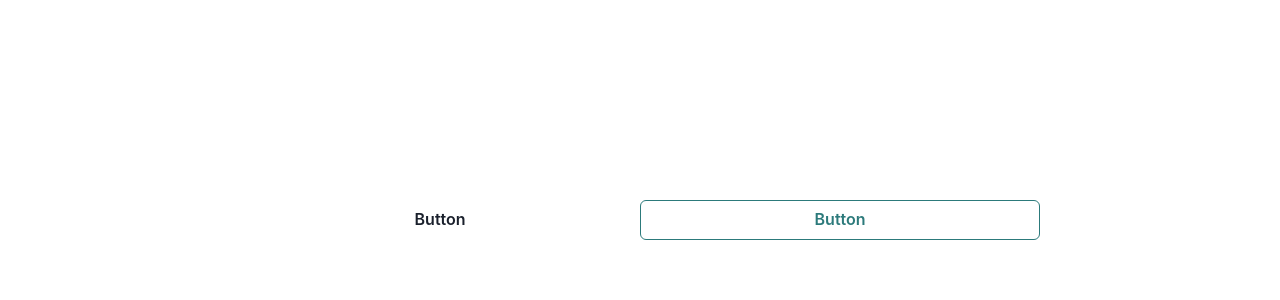
Repository: soualexandre/toast-reactjs
Page: /
The author's editor kept a copy of each file at every save. The page is drawn from the files as they stood at one save, then again after the next save.
The browser window is 1280 px wide. The pictures show the whole page.
The project was rebuilt for these pictures with package versions that can differ from the ones it lists, and the page was loaded fresh each time.

Above is the page before, as saved 2021-07-02 15:05:05.

### src/App.js
import { ToastContainer, toast } from 'react-toastify';
import 'react-toastify/dist/ReactToastify.css';
import { ChakraProvider, Button, Center } from "@chakra-ui/react"

function App() {

  const notify = () => toast(
    "Wow so easy!", {
    type: 'error',
    position: "bottom-left",
    autoClose: 10000,
    hideProgressBar: false,
    closeOnClick: true,
    pauseOnHover: true,
    draggable: true,
    progress: undefined,
  }
  );

  const notifySuccess = () => toast(
    "Wow so easy!", {
    type: 'success',
    position: "bottom-left",
    autoClose: 10000,
    hideProgressBar: false,
    closeOnClick: true,
    pauseOnHover: true,
    draggable: true,
    progress: undefined,
  }
  );
  return (
    <div>
      <ChakraProvider>
        <ToastContainer />
        <Center mt={200}>
          <Button
            colorScheme="teal"
            variant="red"
            onClick={notify}
            width="400px">
            Button
          </Button>
          <Button
            colorScheme="teal"
            variant="outline"
            onClick={notifySuccess}
            width="400px">
            Button
          </Button>
        </Center>
      </ChakraProvider>
    </div>
  );
}

export default App;

Loaded but not shown: public/index.html (common file); src/index.js (common file)

After the next save:
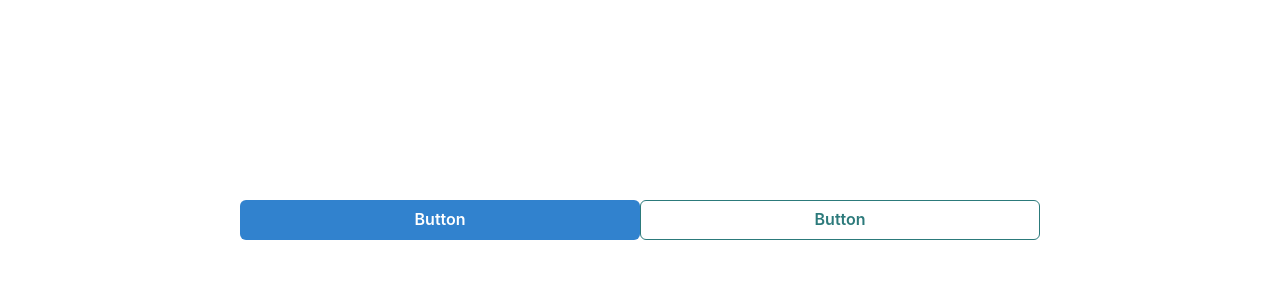
Saved 29 s later.
--- a/src/App.js
+++ b/src/App.js
@@ -36,7 +36,7 @@ function App() {
         <Center mt={200}>
           <Button
             colorScheme="teal"
-            variant="red"
+            colorScheme="blue"
             onClick={notify}
             width="400px">
             Button
